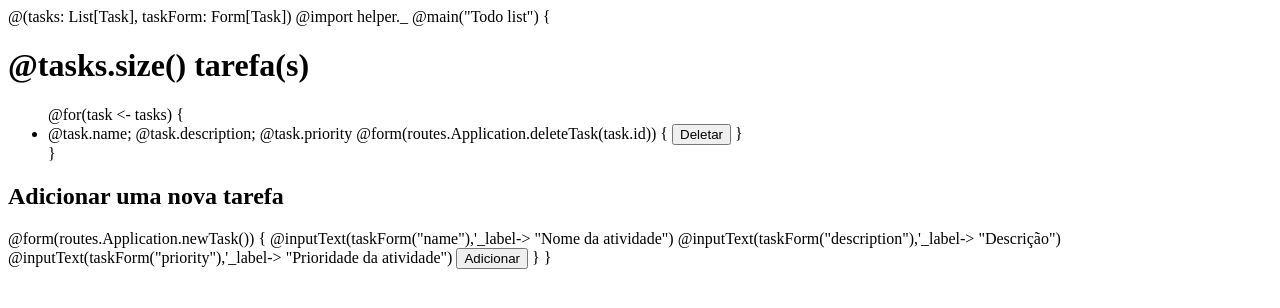
Repository: analuizamtg/si1
Page: lab2/todolist/.target/views/index.scala.html
These files come from the project's save history. The page is drawn as it stood at one moment and after the next save; the edit follows.
The browser window is 1280 px wide. The pictures show the whole page.

Above is the page before, as saved 2013-11-25 16:58:36.

After the next save:
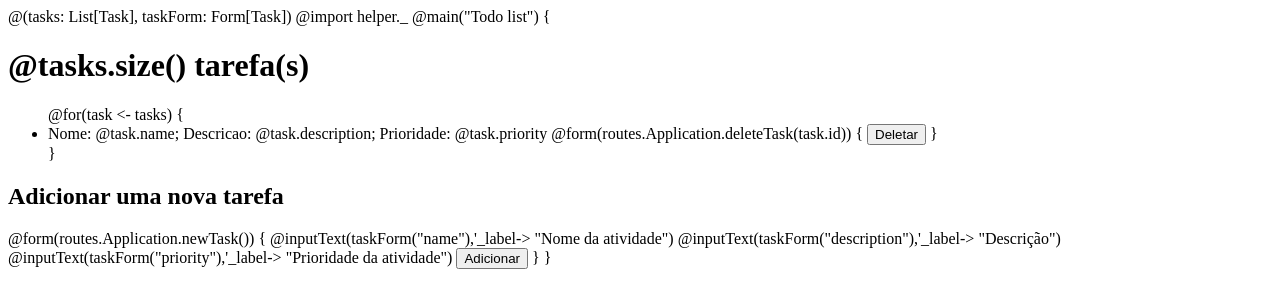
Saved 53 s later.
--- a/lab2/todolist/.target/views/index.scala.html
+++ b/lab2/todolist/.target/views/index.scala.html
@@ -9,9 +9,9 @@
     <ul>
         @for(task <- tasks) {
             <li>
-                @task.name;
-                @task.description;
-                @task.priority
+                Nome: @task.name;
+                Descricao: @task.description;
+                Prioridade: @task.priority
 
 
                 @form(routes.Application.deleteTask(task.id)) {
